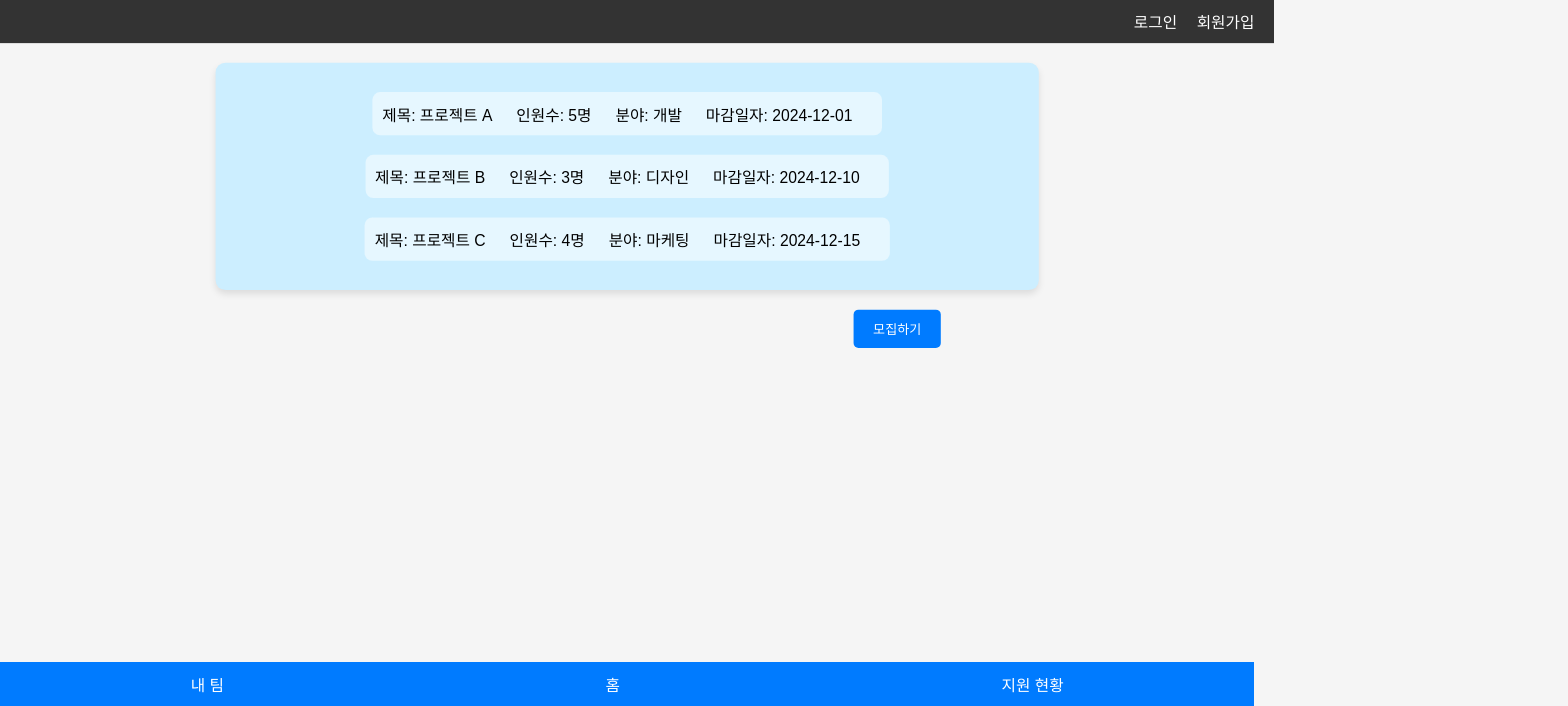
Repository: TUK-WEBSERIVCE/tuk-team-gem
Page: tuk-team-gem/src/main/webapp/main/mainPage.html
The author's editor kept a copy of each file at every save. The page is drawn from the files as they stood at one save, then again after the next save.
The browser window is 1280 px wide. The page is 1600 px wide, so the pictures cover 1600 px, including what lies to the right of the window. The pictures show the whole page, at 98% of full size.

Above is the page before, as saved 2024-11-13 12:22:03.

### tuk-team-gem/src/main/webapp/main/mainPage.html
<!DOCTYPE html>
<html lang="ko">
<head>
    <meta charset="UTF-8">
    <meta name="viewport" content="width=device-width, initial-scale=1.0">
    <title>tuk-team-gem</title>
    <style>
        body {
            font-family: Arial, sans-serif;
            margin: 0;
            padding: 0;
            display: flex;
            flex-direction: column;
            align-items: center;
            background-color: #f5f5f5;
        }
        header {
            width: 100%;
            display: flex;
            justify-content: flex-end;
            padding: 10px 20px;
            background-color: #333;
            color: white;
            magin-right: 50px;
        }
        header a {
            color: white;
            margin-left: 20px;
            text-decoration: none;
        }
        .container {
            background-color: #cceeff;
            width: 80%;
            max-width: 800px;
            margin: 20px auto;
            padding: 20px;
            border-radius: 10px;
            box-shadow: 0 4px 8px rgba(0, 0, 0, 0.1);
        }
        .list-item {
            background-color: #e6f7ff;
            padding: 10px;
            margin: 10px 0;
            border-radius: 8px;
            text-align: center;
        }
        .list-item span {
            display: inline-block;
            margin-right: 20px;
        }
        .list-container {
            display: flex;
            flex-direction: column;
            align-items: center;
        }
        /* 모집하기 버튼을 프레임 밖으로 배치 */
        .button-container {
			width: 100%; /* 화면 전체 너비 사용 */
    		display: flex;
    		justify-content: flex-end; /* 오른쪽으로 정렬 */
		    margin-bottom: 20px;
		    padding-right: 50%; /* 오른쪽 여백 */
        }
        .button-container button {
            padding: 10px 20px;
            background-color: #007bff;
            color: white;
            border: none;
            border-radius: 5px;
            cursor: pointer;
        }
        .button-container button:hover {
            background-color: #0056b3;
        }
        nav {
            width: 100%;
            background-color: #007bff;
            padding: 10px 0;
            position: fixed;
            bottom: 0;
        }
        nav ul {
            list-style-type: none;
            display: flex;
            justify-content: space-around;
            margin: 0;
            padding: 0;
        }
        nav ul li a {
            color: white;
            text-decoration: none;
        }
    </style>
</head>
<body>
    <!-- 우상단 로그인 및 회원가입 -->
    <header>
        <a href="#">로그인</a>
        <a href="#">회원가입</a>
    </header>

    <!-- 중앙 리스트 -->
    <div class="container">
        <div class="list-container">
            <!-- DB에서 불러온 데이터 목록 (샘플 데이터) -->
            <div class="list-item">
                <span>제목: 프로젝트 A</span>
                <span>인원수: 5명</span>
                <span>분야: 개발</span>
                <span>마감일자: 2024-12-01</span>
            </div>
            <div class="list-item">
                <span>제목: 프로젝트 B</span>
                <span>인원수: 3명</span>
                <span>분야: 디자인</span>
                <span>마감일자: 2024-12-10</span>
            </div>
            <div class="list-item">
                <span>제목: 프로젝트 C</span>
                <span>인원수: 4명</span>
                <span>분야: 마케팅</span>
                <span>마감일자: 2024-12-15</span>
            </div>
        </div>
    </div>

    <!-- 모집하기 버튼을 프레임 밖으로 이동 -->
    <div class="button-container">
        <button>모집하기</button>
    </div>

    <!-- 하단 네비게이션 바 -->
    <nav>
        <ul>
            <li><a href="#">내 팀</a></li>
            <li><a href="#">홈</a></li>
            <li><a href="#">지원 현황</a></li>
        </ul>
    </nav>
</body>
</html>

After the next save:
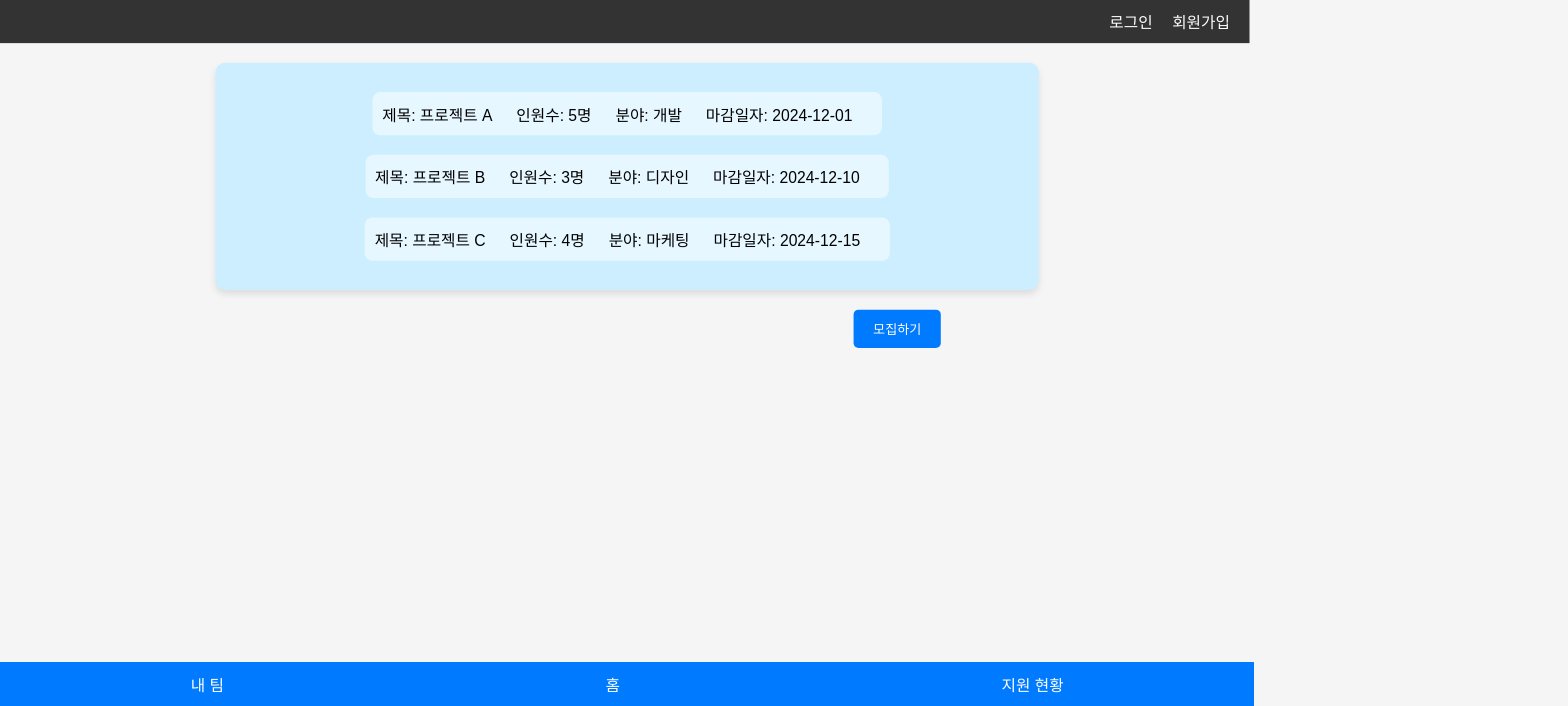
Saved 15 s later.
--- a/tuk-team-gem/src/main/webapp/main/mainPage.html
+++ b/tuk-team-gem/src/main/webapp/main/mainPage.html
@@ -21,7 +21,7 @@
             padding: 10px 20px;
             background-color: #333;
             color: white;
-            magin-right: 50px;
+            margin-right: 50px;
         }
         header a {
             color: white;

After the save that followed:
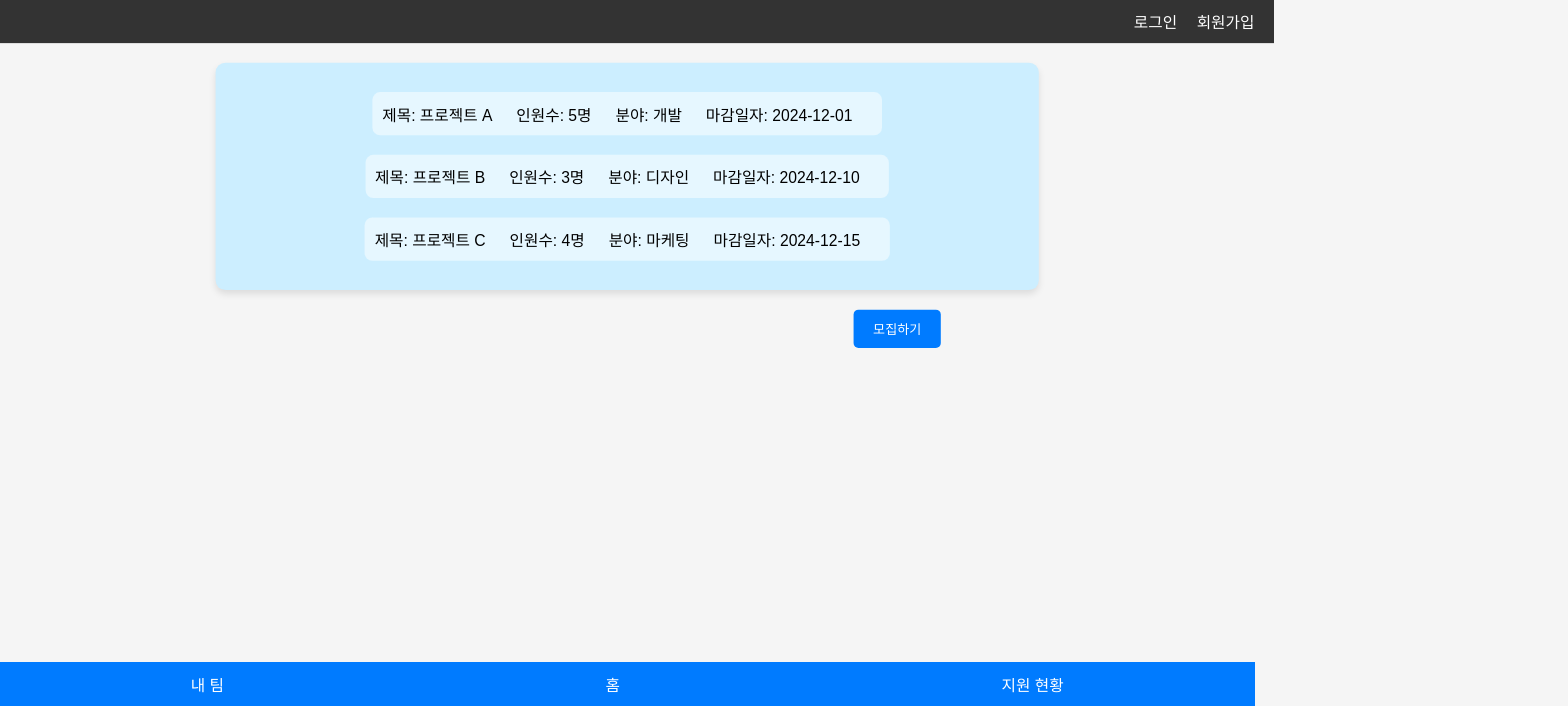
Saved 10 s later.
--- a/tuk-team-gem/src/main/webapp/main/mainPage.html
+++ b/tuk-team-gem/src/main/webapp/main/mainPage.html
@@ -21,7 +21,6 @@
             padding: 10px 20px;
             background-color: #333;
             color: white;
-            margin-right: 50px;
         }
         header a {
             color: white;
